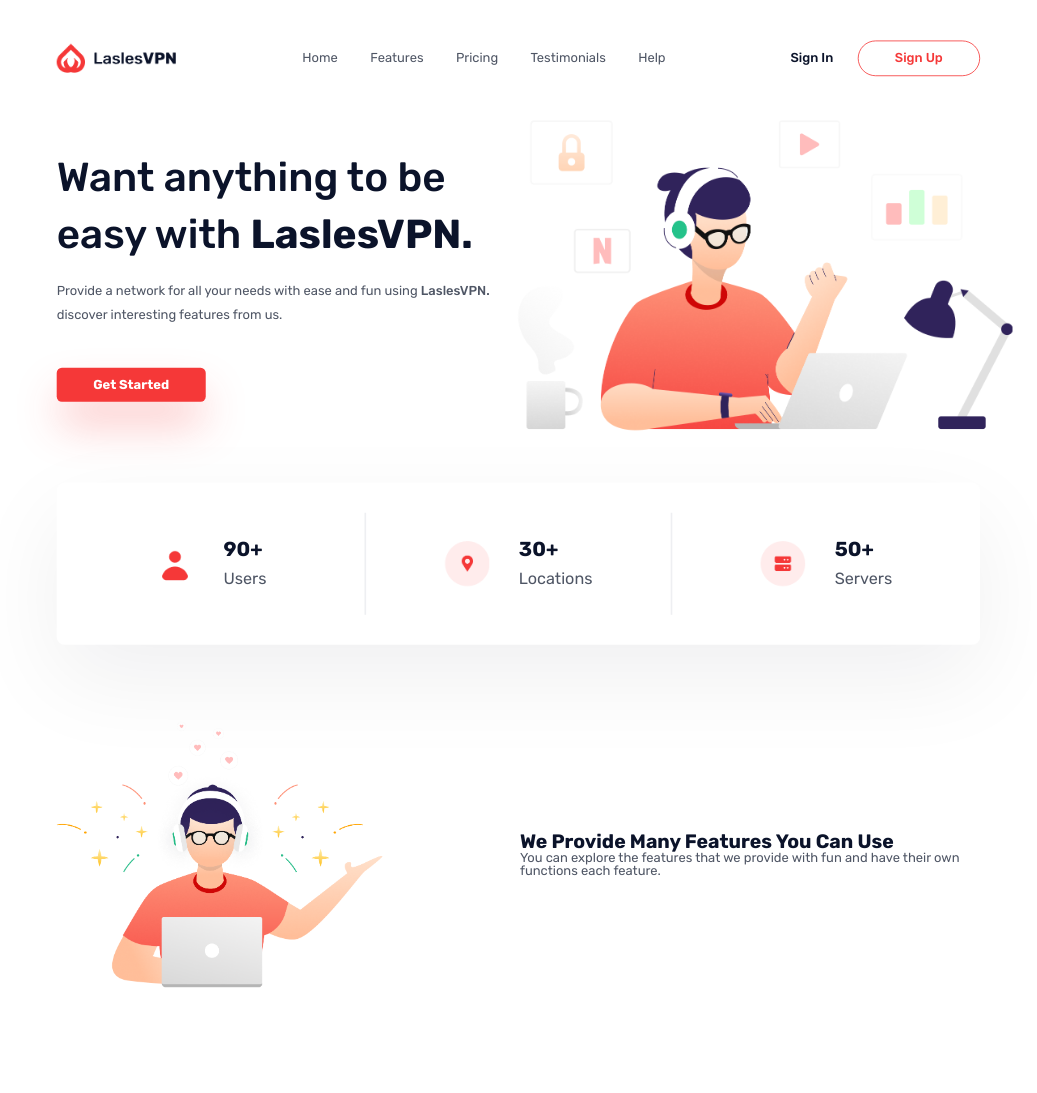
Repository: kebinh1235/lasles-demo
Page: index.html
An editor plug-in stored every save of this project. The page is shown before and after the next save, followed by the edit.
The browser window is 1280 px wide. The pictures show the whole page, at 81% of full size.
The style sheet was rebuilt from its Sass, Less or Tailwind sources for each picture, by a compiler version that may differ from the author's.

Above is the page before, as saved 2021-10-31 01:25:10.

After the next save:
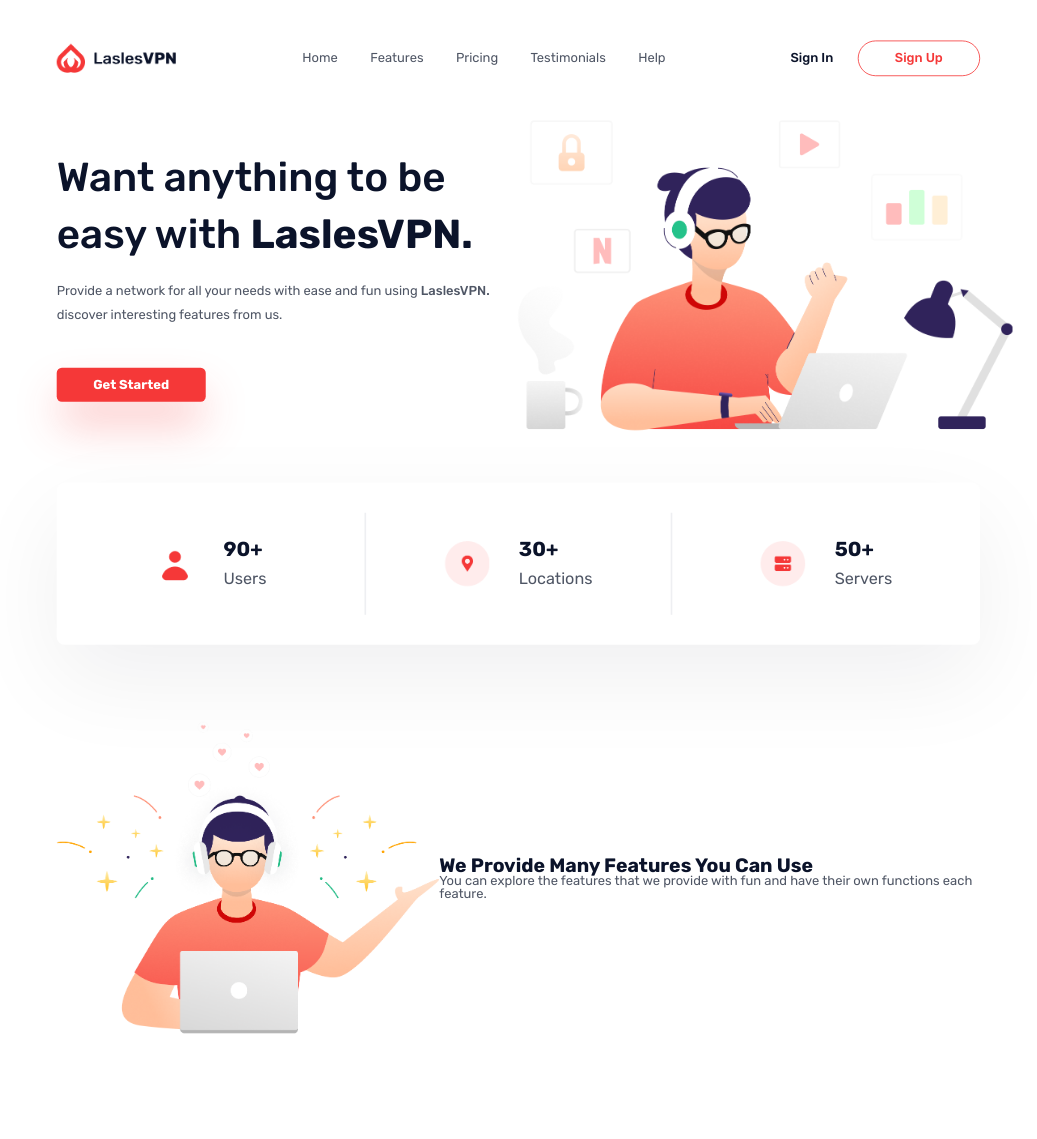
Saved 6 s later.
--- a/sass/_feature.scss
+++ b/sass/_feature.scss
@@ -4,7 +4,6 @@
       display:flex;
       justify-content: space-between;
       align-items: center;
-      gap: 0 170px;
 }
   &__img{
 

After the 2 saves that followed:
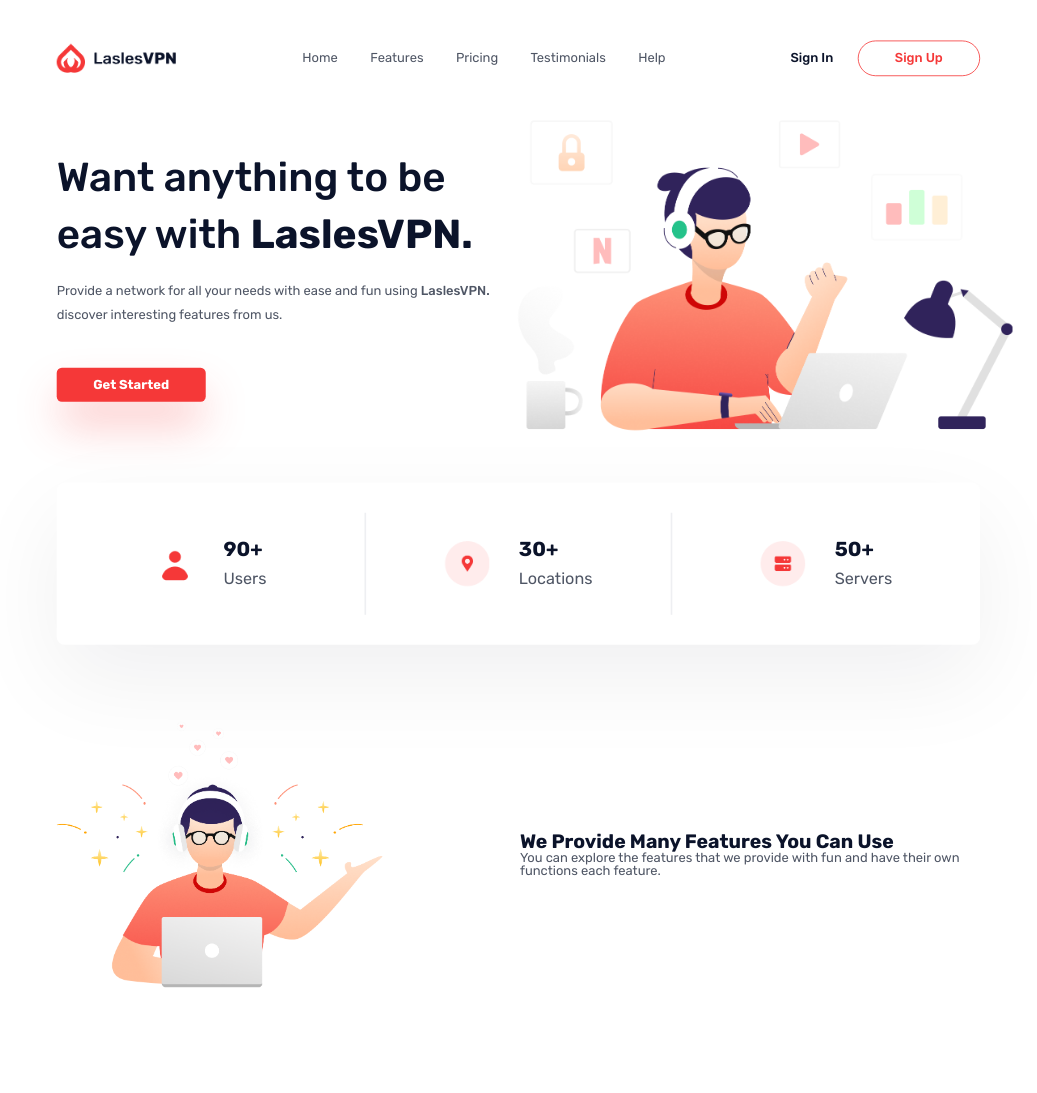
The 2 saves are shown as one change because 1 left the picture as it was.
The last was saved 98 s later.
--- a/sass/_global.scss
+++ b/sass/_global.scss
@@ -50,3 +50,8 @@
     }
   }
 }
+.heading {
+  font-weight: 500;
+  font-size: 35px;
+  line-height: calc(50 / 35);
+}
--- a/sass/_feature.scss
+++ b/sass/_feature.scss
@@ -4,6 +4,7 @@
       display:flex;
       justify-content: space-between;
       align-items: center;
+      gap: 0 170px;
 }
   &__img{
 
